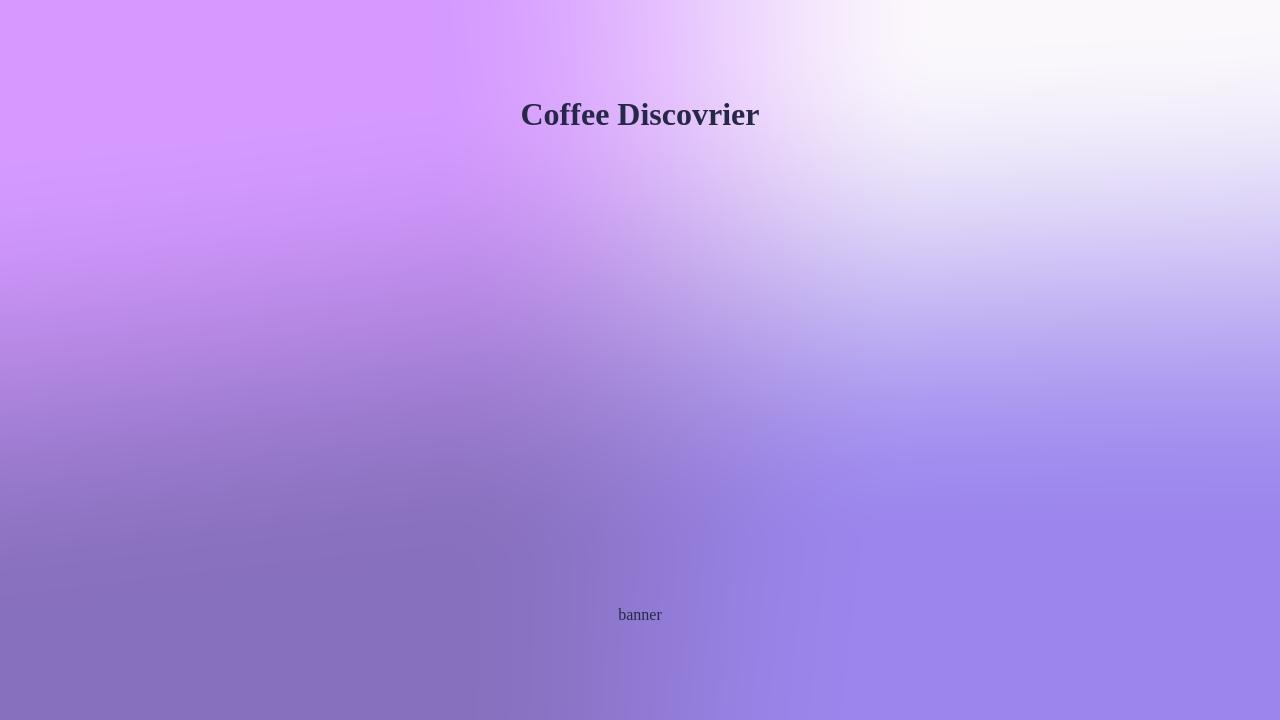
Repository: Tomiogunsan/Coffee-Discourier
Page: /
An editor plug-in stored every save of this project. The page is shown before and after a run of saves, followed by the edit.
The browser window is 1280 px wide. The pictures show the whole page.
The project was rebuilt for these pictures with package versions that can differ from the ones it lists, and the page was loaded fresh each time. The framework's server and built-in components were replaced by stand-ins that run in the browser. Also part of the build but not shown: next.config.js.

Above is the page before, as saved 2023-02-14 18:15:29.

After the next 2 saves:
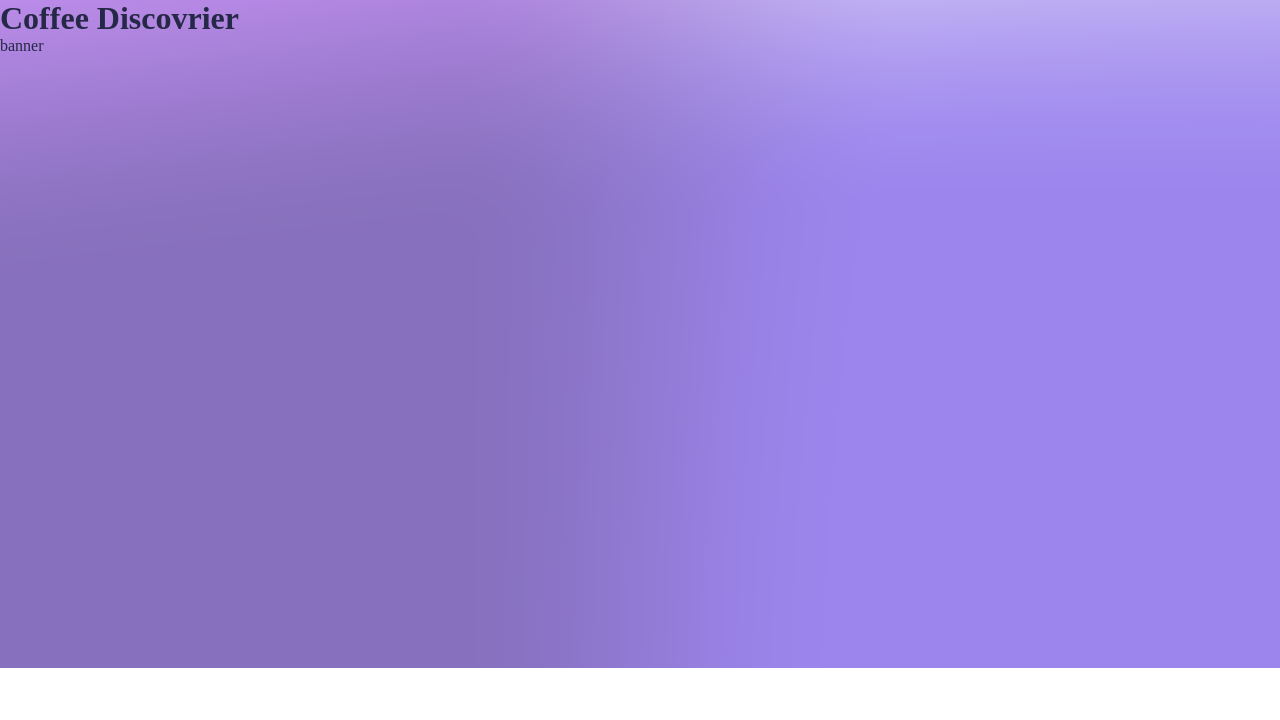
The 2 saves are shown as one change because 1 did not build or start.
The last was saved 40 s later.
--- a/pages/index.js
+++ b/pages/index.js
@@ -1,7 +1,7 @@
 import Head from 'next/head'
 import Image from 'next/image'
 import { Inter } from '@next/font/google'
-import styles from '../styles/Home.module.css'
+
 import Banner from '../components/banner'
 
 const inter = Inter({ subsets: ['latin'] })
@@ -15,7 +15,7 @@
         <meta name="viewport" content="width=device-width, initial-scale=1" />
         <link rel="icon" href="/favicon.ico" />
       </Head>
-      <main className={styles.main}>
+      <main>
         <h1>Coffee Discovrier</h1>
     <Banner />
 
